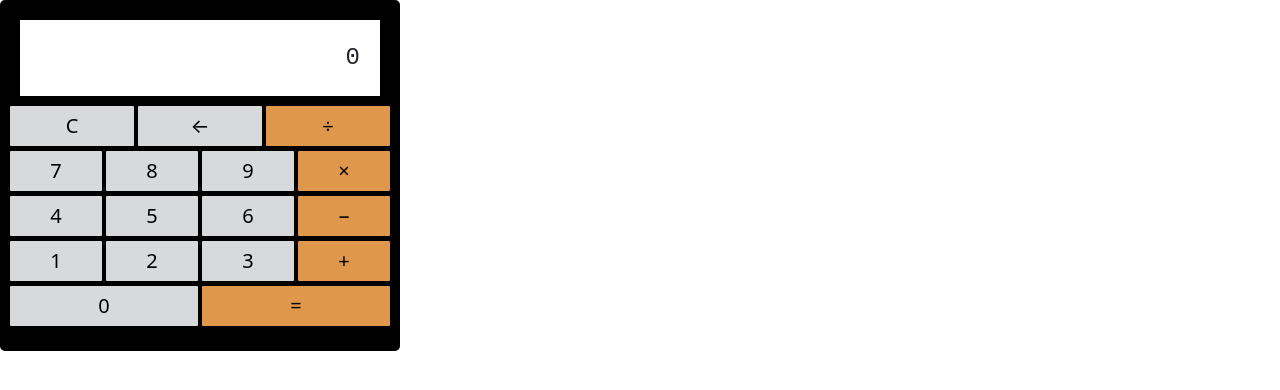
Repository: jgramirez0210/LAB-calculator
Page: index.html
An editor plug-in stored every save of this project. The page is shown before and after the next save, followed by the edit.
The browser window is 1280 px wide. The pictures show the whole page.

Above is the page before, as saved 2023-10-10 21:12:50.

### index.html
<!DOCTYPE html>
<html lang="en">
<head>
  <meta charset="UTF-8">
  <meta name="viewport" content="width=device-width, initial-scale=1.0">
  <title>Calculator</title>
  <link href="https://cdn.jsdelivr.net/npm/bootstrap@5.3.2/dist/css/bootstrap.min.css" rel="stylesheet" integrity="sha384-T3c6CoIi6uLrA9TneNEoa7RxnatzjcDSCmG1MXxSR1GAsXEV/Dwwykc2MPK8M2HN" crossorigin="anonymous">
  <link rel="stylesheet" href="main.css">
</head>
<body>
  <div class="calculator">
    <div class="display">0</div>
    <div class="row">
      <button id="clear-btn">C</button>
      <button id="back">&#8592;</button>
      <button class="function" id="division">&#247;</button>
    </div>
    <div class="row">
        <button>7</button>
        <button>8</button>
        <button>9</button>
        <button class="function" id="multiply">&#215;</button>
    </div>
    <div class="row">
        <button>4</button>
        <button>5</button>
        <button>6</button>
        <button class="function" id="subtract">&#8722;</button>
    </div>
    <div class="row">
        <button>1</button>
        <button>2</button>
        <button>3</button>
        <button class="function" id="add">&#43;</button>
    </div>
    <div class="row">
        <button>0</button>
        <button class="function" id="equals">&#61;</button>
    </div>
</div>

  <script src="https://cdn.jsdelivr.net/npm/bootstrap@5.3.2/dist/js/bootstrap.bundle.min.js" integrity="sha384-C6RzsynM9kWDrMNeT87bh95OGNyZPhcTNXj1NW7RuBCsyN/o0jlpcV8Qyq46cDfL" crossorigin="anonymous"></script>
  <script src="main.js"></script>
</body>
</html>

### main.css
* {
  box-sizing: border-box;
  margin: 0;
  padding: 0;
}

.calculator {
  width: 400px;
  background-color: #000000;
  padding: 20px;
  border-radius: 5px;
}

.display {
  font-family: monospace;
  background-color: #ffffff;
  padding: 20px;
  font-size: 24px;
  margin-bottom: 10px;
  text-align: right;
}

.row {
  display: flex;
  justify-content: space-between;
  margin-bottom: 5px;
}

button {
  flex: 1; /* Ensures equal distribution of space among buttons */
  margin: 0 2px; /* Added a slight margin for spacing */
  padding: 5px;
  font-size: 20px;
  background-color: #d8d9db;
  border: none;
  border-radius: 1px;
  transition: background-color 0.3s;
}

button:hover {
  background-color: #ebebeb;
}

button:active {
  background-color: #bbbcbe;
}

button.function {
  background-color: #df974c;
}

button.function:hover {
  background-color: #dfb07e;
}

button.function:active {
  background-color: #dd8d37;
}

### main.js
console.log("testeroo")

After the next save:
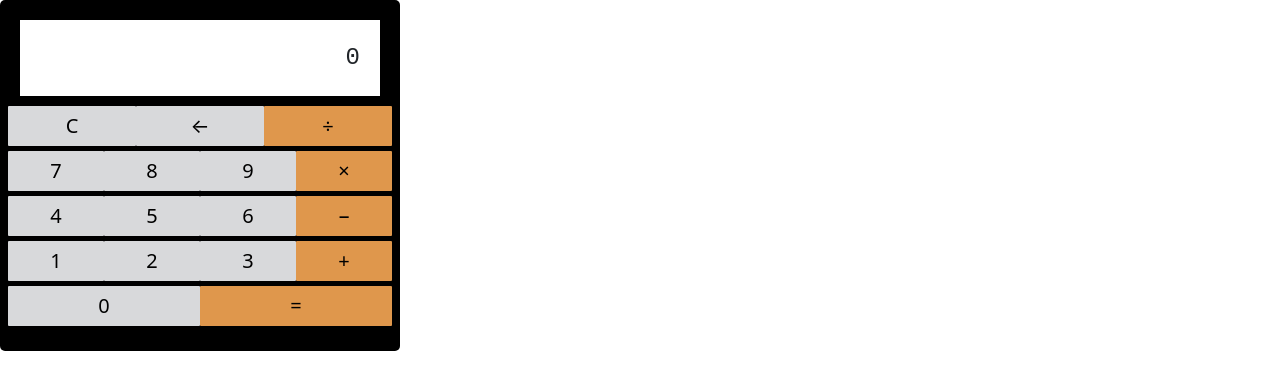
Saved 54 s later.
--- a/main.css
+++ b/main.css
@@ -27,7 +27,7 @@
 }
 
 button {
-  flex: 1; /* Ensures equal distribution of space among buttons */
+  flex: 1; /* Ensures equal distribution of space among buttons */c
   margin: 0 2px; /* Added a slight margin for spacing */
   padding: 5px;
   font-size: 20px;

After the save that followed:
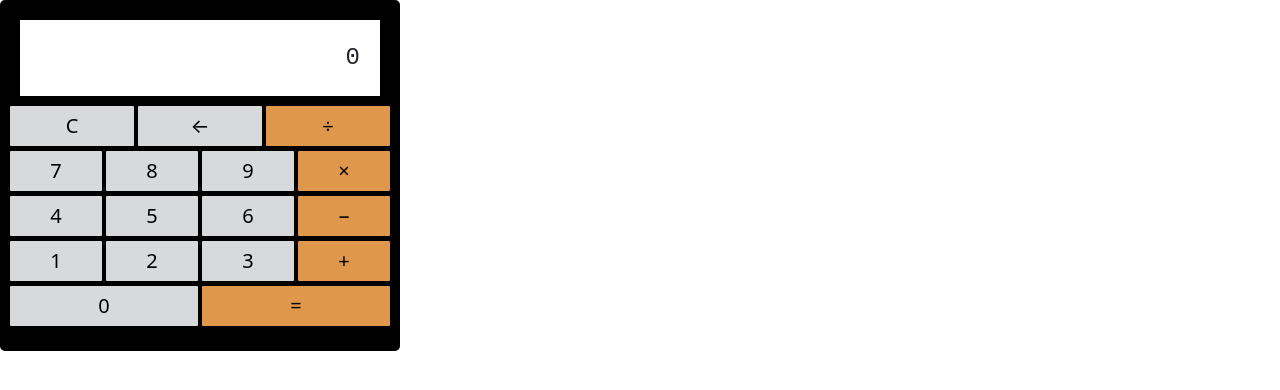
Saved 3 min 15 s later.
--- a/main.css
+++ b/main.css
@@ -27,7 +27,7 @@
 }
 
 button {
-  flex: 1; /* Ensures equal distribution of space among buttons */c
+  flex: 1; /* Ensures equal distribution of space among buttons */
   margin: 0 2px; /* Added a slight margin for spacing */
   padding: 5px;
   font-size: 20px;
